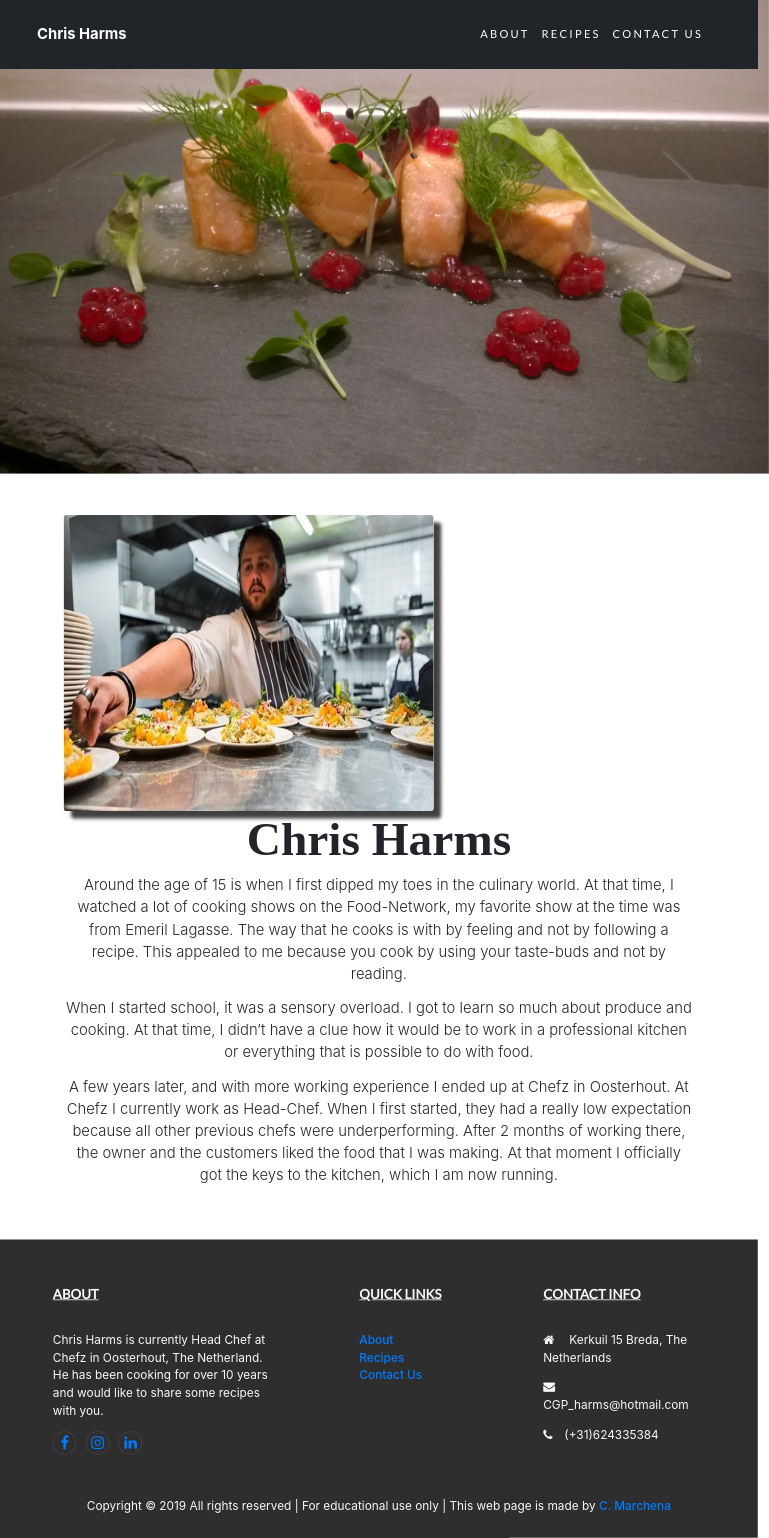
Repository: dugudugu/chris-harms-web
Page: about.html
The author's editor kept a record of every edit. The page is drawn from the files as they stood at one moment, then again after the next edit.
The browser window is 1024 px wide. The page is 1039 px wide, so the pictures cover 1039 px, including what lies to the right of the window. The pictures show the whole page, at 74% of full size.
Some web fonts or font styles are not loaded; a fallback is used.

Above is the page before.

### about.html
<!DOCTYPE html>
<html lang="en">

<head>
  <meta charset="UTF-8">
  <meta name="viewport" content="width=device-width, initial-scale=1.0">
  <meta http-equiv="X-UA-Compatible" content="ie=edge">
  <link href="https://stackpath.bootstrapcdn.com/bootstrap/4.3.1/css/bootstrap.min.css" rel="stylesheet" integrity="sha384-ggOyR0iXCbMQv3Xipma34MD+dH/1fQ784/j6cY/iJTQUOhcWr7x9JvoRxT2MZw1T" crossorigin="anonymous">
  <link href="https://stackpath.bootstrapcdn.com/font-awesome/4.7.0/css/font-awesome.min.css" rel="stylesheet" integrity="sha384-wvfXpqpZZVQGK6TAh5PVlGOfQNHSoD2xbE+QkPxCAFlNEevoEH3Sl0sibVcOQVnN" crossorigin="anonymous">
  <link rel="stylesheet" href="css/about.css">
  <title> Chris Harms | Recipes</title>
</head>


<body>

  <header>

    <!-- Navbar -->
    <!-- Original code from: https://mdbootstrap.com/docs/jquery/navigation/navbar/ -->

    <nav class="navbar fixed-top navbar-expand-lg navbar-dark">
      <a class="navbar-brand" href="index.html"><strong>Chris Harms</strong></a>

      <button class="navbar-toggler" type="button" data-toggle="collapse" data-target="#navbarSupportedContent" aria-controls="navbarSupportedContent" aria-expanded="false" aria-label="Toggle navigation">
            <span class="navbar-toggler-icon"></span>
        </button>

      <div class="collapse navbar-collapse" id="navbarSupportedContent">
        <ul class="navbar-nav ml-auto pl-lg-5 pl-0">
          <li class="nav-item active">
            <a class="nav-link" href="about.html">About</a>
          </li>
          <li class="nav-item">
            <a class="nav-link" href="recipe.html">Recipes</a>
          </li>
          <li class="nav-item">
            <a class="nav-link active" href="contact.html">Contact Us</a>
          </li>
        </ul>
      </div>
    </nav>

    <!-- Image for the Header -->

    <div class="container-fluid p-0 m-0">
      <div class="row">
        <div class="col-12">
          <img class="d-block w-100" src="media/image/slider2.jpg">
        </div>
      </div>
    </div>


  </header>

  <main class="container-fluid">

    <div class="row about p-5 m-2 " id="About ">
      <div class="about-image col-md-4  order-md-1 ">
        <img width="500 " height="400 " class="rounded" src="media/image/about2.jpg" ">
      </div>
      <div class="about col-md-8 order-md-2 ">
        <h4 class="about-heading ">Chris Harms</h4>
        <p class="lead ">
         Around the age of 15 is when I first dipped my toes in the culinary world. At that time, I watched a lot of cooking shows on the Food-Network, my favorite show at the time was from Emeril Lagasse.
         The way that he cooks is with by feeling and not by following a recipe.
         This appealed to me because you cook by using your taste-buds and not by reading.
         </p>
         <p class="lead ">
         When I started school, it was a sensory overload. I got to learn so much about produce and cooking.
         At that time, I didn’t have a clue how it would be to work in a professional kitchen or everything that is possible to do with food.
         </p>
         <p class="lead ">
          A few years later, and with more working experience I ended up at Chefz in Oosterhout. At Chefz I currently work as Head-Chef. When I first started, they had a really low expectation because all other previous chefs were underperforming.
          After 2 months of working there, the owner and the customers liked the food that I was making. At that moment I officially got the keys to the kitchen, which I am now running.
         </p>
      </div>
    </div>



  </main>





  <!-- Optional JavaScript -->
  <!-- jQuery first, then Popper.js, then Bootstrap JS -->
  <script src="https://code.jquery.com/jquery-3.3.1.slim.min.js " integrity="sha384-q8i/X+965DzO0rT7abK41JStQIAqVgRVzpbzo5smXKp4YfRvH+8abtTE1Pi6jizo " crossorigin="anonymous "></script>
  <script src="https://cdnjs.cloudflare.com/ajax/libs/popper.js/1.14.7/umd/popper.min.js " integrity="sha384-UO2eT0CpHqdSJQ6hJty5KVphtPhzWj9WO1clHTMGa3JDZwrnQq4sF86dIHNDz0W1 " crossorigin="anonymous "></script>
  <script src="https://stackpath.bootstrapcdn.com/bootstrap/4.3.1/js/bootstrap.min.js " integrity="sha384-JjSmVgyd0p3pXB1rRibZUAYoIIy6OrQ6VrjIEaFf/nJGzIxFDsf4x0xIM+B07jRM " crossorigin="anonymous "></script>

</body>


<!-- Footer -->

<footer class="page-footer font-small unique-color-dark ">
  <div class="container-fluid text-center text-md-left mt-5 ">
    <div class="row mt-3 ">

      <!--            About and Social Media links          -->

      <!--            About           -->
      <div class="col-md-3 col-lg-4 col-xl-3 mx-auto mb-4 ">
        <h6 class="text-uppercase font-weight-bold ">About</h6>
        <hr class="blue-accent mb-4 mt-0 d-inline-block mx-auto " style="width: 60px; ">
        <p>Chris Harms is currently Head Chef at Chefz in Oosterhout, The Netherland. He has been cooking for over 10 years and would like to share some recipes with you.</p>

        <!--            Social Media links          -->
        <ul class="list-inline social-links ">
          <li class="list-inline-item ">
            <a href="https://www.facebook.com/Fritos-catering-204930356197964/ " target="_blank ">
                        <i class="fa fa-facebook "></i>
                        <span class="sr-only ">Facebook</span>
                    </a>
          </li>
          <li class="list-inline-item ">
            <a href="https://www.instagram.com/whiskeycave/ " target="_blank ">
                        <i class="fa fa-instagram "></i>
                        <span class="sr-only ">Instagram</span>
                    </a>
          </li>
          <li class="list-inline-item ">
            <a href="https://www.linkedin.com/in/chris-harms-b99322104/ " target="_blank ">
                        <i class="fa fa-linkedin "></i>
                        <span class="sr-only ">LinkedIn</span>
                    </a>
          </li>
        </ul>
      </div>

      <!--            Quick Links          -->
      <div class="col-md-3 col-lg-2 col-xl-2 mx-auto mb-4 ">
        <h6 class="text-uppercase font-weight-bold ">Quick Links</h6>
        <hr class="blue-accent accent-2 mb-4 mt-0 d-inline-block mx-auto " style="width: 60px; ">
        <ul class="quick-links list-unstyled ">
          <li>
            <a href="about.html ">About</a>
          </li>
          <li>
            <a href="recipe.html ">Recipes</a>
          </li>
          <li>
            <a href="contact.html ">Contact Us</a>
          </li>
        </ul>
      </div>


      <!--            Contact Info          -->
      <div class="col-md-4 col-lg-3 col-xl-3 mx-auto mb-md-0 mb-4 ">
        <h6 class="text-uppercase font-weight-bold ">Contact Info</h6>
        <hr class="blue-accent accent-2 mb-4 mt-0 d-inline-block mx-auto " style="width: 60px; ">
        <p>
          <i class="fa fa-home mr-3 "></i> Kerkuil 15 Breda, The Netherlands</p>
        <p>
          <i class="fa fa-envelope mr-3 "></i>CGP_harms@hotmail.com</p>
        <p>
          <i class="fa fa-phone mr-3 "></i>(+31)624335384</p>
      </div>
    </div>
  </div>


  <!--            Copy-Rights          -->
  <div class="footer-copyright text-center py-3 ">
    <p>Copyright &copy; 2019 All rights reserved | For educational use only | This web page is made by
      <a target=_blank href="https://www.linkedin.com/in/cindymarchena/ ">C. Marchena</a>
    </p>
  </div>


</footer>




</html>

### css/about.css
@import url('https://fonts.googleapis.com/css?family=Grand+Hotel|Lato:|Nunito+Sans:100,200,300,400,500,600,700');

html {
    font-family: 'Nunito Sans', sans-serif;
    font-size: 1rem;

}


/* ----------------------------------------------------    Special ------------*/

.text-uppercase {
    text-transform: uppercase!important;
    font-family: 'Lato', sans-serif;
    text-decoration: underline;
}



h4 {
    font-family: 'Grand Hotel', cursive;
    font-weight: bold;
    font-size: 4rem;

}


/* ----------------------------------------------------    Main ------------*/

.rounded {
    /* border-radius: .25rem!important; */
    border-radius: 44px 44px 44px 44px;
    -moz-border-radius: 44px 44px 44px 44px;
    -webkit-border-radius: 44px 44px 44px 44px;
    /* border: 0px solid #000000; */
    box-shadow: 10px 10px 5px 0px rgba(0,0,0,0.75);
}




/* ----------------------------------------------------    Navbar ------------*/

.navbar {
    background-color: #212529;
    padding-left: 50px;
}

.navbar-collapse {
    padding-right: 50px;
    -ms-flex-preferred-size: 100%;
    flex-basis: 100%;
    -ms-flex-positive: 1;
    -ms-flex-align: center;
    align-items: center;
}


.navbar .nav-link {
    font-family: 'Lato', sans-serif;
    padding: 1.7rem 1rem;
    outline: none !important;
    font-size: 15px;
    text-transform: uppercase;
    letter-spacing: .2em;
    color: white !important;

}

.w-100 {
    width: 100%!important;
    height: 40em;
}

.col-12 {
    -ms-flex: 0 0 100%;
    flex: 0 0 100%;
    max-width: 100%;
    padding: initial;
}

/* ----------------------------------------------------    Main ------------*/







/* ----------------------------------------------------    Footer ------------*/

.page-footer {
    width: 100%;
    padding-right: 15px;
    padding-left: 15px;
    padding-top: 15px;
    margin-right: auto;
    margin-left: auto;
    color: #f8f9fa !important;
    background-color: #2e2e2e !important;
}

.font-weight-bold {
    font-weight: 700!important;
    font-size: 18px;
}

.social-links li a i {
    width: 32px;
    height: 32px;
    padding: 12px 0;
    border-radius: 50%;
    font-size: 20px;
    line-height: 7px;
    text-align: center;
    color: #007bff;
    background-color: #2E2E2E;
    border: 1px solid rgba(255, 255, 255, 0.1);
    transition: all .35s ease-in-out;
    -moz-transition: all .35s ease-in-out;
    -webkit-transition: all .35s ease-in-out;
    -o-transition: all .35s ease-in-out;
}

.social-links li a i:hover {
    background-color: #fafafa;
    color: #000000;
}

.quick-links li a {
    font-weight: 500;
    color: #007bff;
    padding-bottom: 20px;
    transition: all .35s ease-in-out;
    -moz-transition: all .35s ease-in-out;
    -webkit-transition: all .35s ease-in-out;
    -o-transition: all .35s ease-in-out;
}

.quick-links li a:hover {
    color: #fafafa;
}

.footer-copyright p a {
    font-weight: 500;
    color: #007bff;
    padding-bottom: 20px;
    transition: all .35s ease-in-out;
    -moz-transition: all .35s ease-in-out;
    -webkit-transition: all .35s ease-in-out;
    -o-transition: all .35s ease-in-out;
}

.footer-copyright p a:hover {
    color: #fafafa;
}


/* ----------------------------------------------------    Media Q ------------*/

@media only screen and (max-width: 767px) {
    .w-100 {
        width: 100%!important;
        height: 25em;
    }
}



@media (min-width: 768px) and (max-width: 1024px) {
    h4 {
        text-align: center;
    }

    .lead {
        text-align: center;
    }

    .col-md-8 {
        flex: none!important;
        max-width: fit-content;
    }





}

After the next edit:
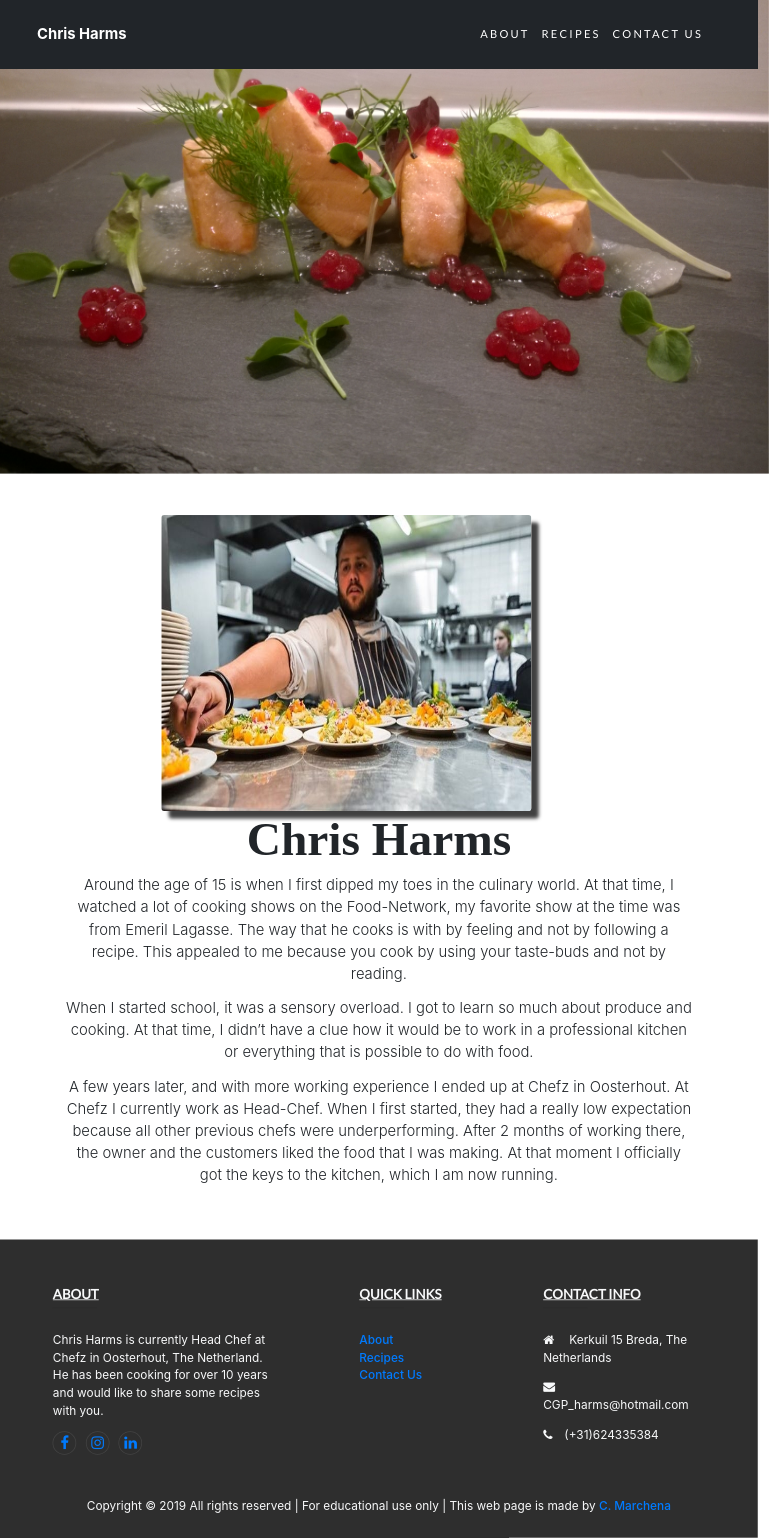
The edit:
--- a/css/about.css
+++ b/css/about.css
@@ -180,7 +180,9 @@
         flex: none!important;
         max-width: fit-content;
     }
-
+    .rounded {
+        margin-left: 50%;
+    }
 
 
 
